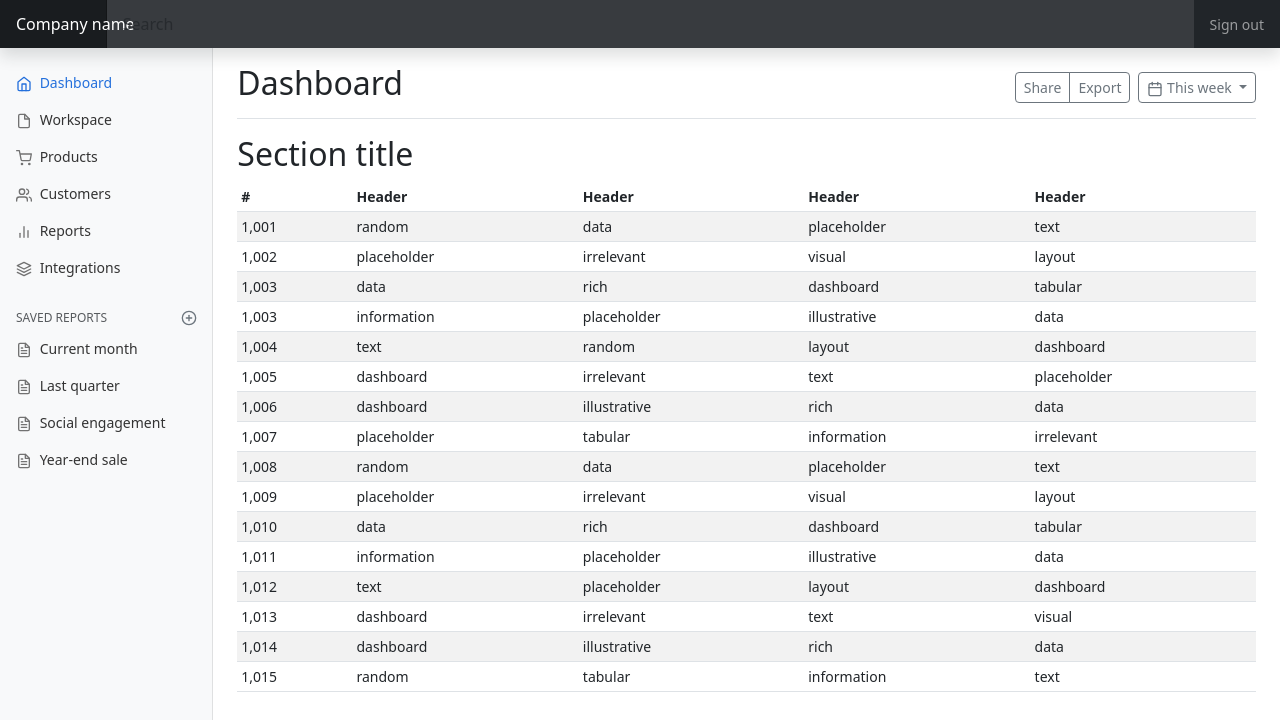
Repository: Git-it-right/Centrality
Page: dashboard/index.html
The author's editor kept a copy of each file at every save. The page is drawn from the files as they stood at one save, then again after the next save.
The browser window is 1280 px wide. The pictures show the whole page.

Above is the page before, as saved 2023-04-17 11:44:26.
Console error: TypeError: Cannot read properties of null (reading 'length')

### dashboard/index.html
<!DOCTYPE html>
<html lang="en">

<head>
  <meta charset="utf-8" />
  <meta name="viewport" content="width=device-width, initial-scale=1" />
  <meta name="description" content="" />
  <title>Dashboard</title>
  <link rel="canonical" href="https://getbootstrap.com/docs/5.3/examples/dashboard/" />
  <link href="../assets/dist/css/bootstrap.min.css" rel="stylesheet" />
  <style>
  </style>
  <!-- Custom styles for this template -->
  <link href="dashboard.css" rel="stylesheet" />
</head>

<body>
  <header class="navbar navbar-dark sticky-top bg-dark flex-md-nowrap p-0 shadow">
    <a class="navbar-brand col-md-1 col-lg-1 me-0 px-3 fs-6" href="#">Company name</a>
    <button class="navbar-toggler position-absolute d-md-none collapsed" type="button" data-bs-toggle="collapse"
      data-bs-target="#sidebarMenu" aria-controls="sidebarMenu" aria-expanded="false" aria-label="Toggle navigation">
      <span class="navbar-toggler-icon"></span>
    </button>
    <input class="form-control form-control-dark w-100 rounded-0 border-0" type="text" placeholder="Search"
      aria-label="Search" />
    <div class="navbar-nav">
      <div class="nav-item text-nowrap">
        <a class="nav-link px-3" href="#">Sign out</a>
      </div>
    </div>
  </header>
  <div class="container-fluid">
    <div class="row">
      <nav id="sidebarMenu" class="col-md-2 col-lg-2 d-md-block bg-light sidebar collapse">
        <div class="position-sticky pt-3 sidebar-sticky">
          <ul class="nav flex-column">
            <li class="nav-item">
              <a class="nav-link active" aria-current="page" href="home.php">
                <span data-feather="home" class="align-text-bottom"></span>
                Dashboard
              </a>
            </li>
            <li class="nav-item">
              <a class="nav-link" href="https://centralitypark.azurewebsites.net/dashboard/workspace.html">
                <span data-feather="file" class="align-text-bottom"></span>
                Workspace
              </a>
            </li>
            <li class="nav-item">
              <a class="nav-link" href="#">
                <span data-feather="shopping-cart" class="align-text-bottom"></span>
                Products
              </a>
            </li>
            <li class="nav-item">
              <a class="nav-link" href="#">
                <span data-feather="users" class="align-text-bottom"></span>
                Customers
              </a>
            </li>
            <li class="nav-item">
              <a class="nav-link" href="#">
                <span data-feather="bar-chart-2" class="align-text-bottom"></span>
                Reports
              </a>
            </li>
            <li class="nav-item">
              <a class="nav-link" href="#">
                <span data-feather="layers" class="align-text-bottom"></span>
                Integrations
              </a>
            </li>
          </ul>
          <h6
            class="sidebar-heading d-flex justify-content-between align-items-center px-3 mt-4 mb-1 text-muted text-uppercase">
            <span>Saved reports</span>
            <a class="link-secondary" href="#" aria-label="Add a new report">
              <span data-feather="plus-circle" class="align-text-bottom"></span>
            </a>
          </h6>
          <ul class="nav flex-column mb-2">
            <li class="nav-item">
              <a class="nav-link" href="#">
                <span data-feather="file-text" class="align-text-bottom"></span>
                Current month
              </a>
            </li>
            <li class="nav-item">
              <a class="nav-link" href="#">
                <span data-feather="file-text" class="align-text-bottom"></span>
                Last quarter
              </a>
            </li>
            <li class="nav-item">
              <a class="nav-link" href="#">
                <span data-feather="file-text" class="align-text-bottom"></span>
                Social engagement
              </a>
            </li>
            <li class="nav-item">
              <a class="nav-link" href="#">
                <span data-feather="file-text" class="align-text-bottom"></span>
                Year-end sale
              </a>
            </li>
          </ul>
        </div>
      </nav>
      <main class="col-md-9 ms-sm-auto col-lg-10 px-md-4">
        <div
          class="d-flex justify-content-between flex-wrap flex-md-nowrap align-items-center pt-3 pb-2 mb-3 border-bottom">
          <h1 class="h2">Dashboard</h1>
          <div class="btn-toolbar mb-2 mb-md-0">
            <div class="btn-group me-2">
              <button type="button" class="btn btn-sm btn-outline-secondary">
                Share
              </button>
              <button type="button" class="btn btn-sm btn-outline-secondary">
                Export
              </button>
            </div>
            <button type="button" class="btn btn-sm btn-outline-secondary dropdown-toggle">
              <span data-feather="calendar" class="align-text-bottom"></span>
              This week
            </button>
          </div>
        </div>
        <!-- <canvas class="my-4 w-100" id="myChart" width="900" height="380"></canvas> -->
        <h2>Section title</h2>
        <div class="table-responsive">
          <table class="table table-striped table-sm">
            <thead>
              <tr>
                <th scope="col">#</th>
                <th scope="col">Header</th>
                <th scope="col">Header</th>
                <th scope="col">Header</th>
                <th scope="col">Header</th>
              </tr>
            </thead>
            <tbody>
              <tr>
                <td>1,001</td>
                <td>random</td>
                <td>data</td>
                <td>placeholder</td>
                <td>text</td>
              </tr>
              <tr>
                <td>1,002</td>
                <td>placeholder</td>
                <td>irrelevant</td>
                <td>visual</td>
                <td>layout</td>
              </tr>
              <tr>
                <td>1,003</td>
                <td>data</td>
                <td>rich</td>
                <td>dashboard</td>
                <td>tabular</td>
              </tr>
              <tr>
                <td>1,003</td>
                <td>information</td>
                <td>placeholder</td>
                <td>illustrative</td>
                <td>data</td>
              </tr>
              <tr>
                <td>1,004</td>
                <td>text</td>
                <td>random</td>
                <td>layout</td>
                <td>dashboard</td>
              </tr>
              <tr>
                <td>1,005</td>
                <td>dashboard</td>
                <td>irrelevant</td>
                <td>text</td>
                <td>placeholder</td>
              </tr>
              <tr>
                <td>1,006</td>
                <td>dashboard</td>
                <td>illustrative</td>
                <td>rich</td>
                <td>data</td>
              </tr>
              <tr>
                <td>1,007</td>
                <td>placeholder</td>
                <td>tabular</td>
                <td>information</td>
                <td>irrelevant</td>
              </tr>
              <tr>
                <td>1,008</td>
                <td>random</td>
                <td>data</td>
                <td>placeholder</td>
                <td>text</td>
              </tr>
              <tr>
                <td>1,009</td>
                <td>placeholder</td>
                <td>irrelevant</td>
                <td>visual</td>
                <td>layout</td>
              </tr>
              <tr>
                <td>1,010</td>
                <td>data</td>
                <td>rich</td>
                <td>dashboard</td>
                <td>tabular</td>
              </tr>
              <tr>
                <td>1,011</td>
                <td>information</td>
                <td>placeholder</td>
                <td>illustrative</td>
                <td>data</td>
              </tr>
              <tr>
                <td>1,012</td>
                <td>text</td>
                <td>placeholder</td>
                <td>layout</td>
                <td>dashboard</td>
              </tr>
              <tr>
                <td>1,013</td>
                <td>dashboard</td>
                <td>irrelevant</td>
                <td>text</td>
                <td>visual</td>
              </tr>
              <tr>
                <td>1,014</td>
                <td>dashboard</td>
                <td>illustrative</td>
                <td>rich</td>
                <td>data</td>
              </tr>
              <tr>
                <td>1,015</td>
                <td>random</td>
                <td>tabular</td>
                <td>information</td>
                <td>text</td>
              </tr>
            </tbody>
          </table>
        </div>
      </main>
    </div>
  </div>
  <script src="../assets/dist/js/bootstrap.bundle.min.js"></script>
  <script src="https://cdn.jsdelivr.net/npm/feather-icons@4.28.0/dist/feather.min.js"
    integrity="sha384-uO3SXW5IuS1ZpFPKugNNWqTZRRglnUJK6UAZ/gxOX80nxEkN9NcGZTftn6RzhGWE"
    crossorigin="anonymous"></script>
  <script src="https://cdn.jsdelivr.net/npm/chart.js@2.9.4/dist/Chart.min.js"
    integrity="sha384-zNy6FEbO50N+Cg5wap8IKA4M/ZnLJgzc6w2NqACZaK0u0FXfOWRRJOnQtpZun8ha"
    crossorigin="anonymous"></script>
  <script src="dashboard.js"></script>
</body>

</html>

### dashboard/dashboard.css

.bd-placeholder-img {
  font-size: 1.125rem;
  text-anchor: middle;
  -webkit-user-select: none;
  -moz-user-select: none;
  user-select: none;
}

@media (min-width: 768px) {
  .bd-placeholder-img-lg {
      font-size: 3.5rem;
  }
}

.b-example-divider {
  height: 3rem;
  background-color: rgba(0, 0, 0, 0.1);
  border: solid rgba(0, 0, 0, 0.15);
  border-width: 1px 0;
  box-shadow: inset 0 0.5em 1.5em rgba(0, 0, 0, 0.1), inset 0 0.125em 0.5em rgba(0, 0, 0, 0.15);
}

.b-example-vr {
  flex-shrink: 0;
  width: 1.5rem;
  height: 100vh;
}

.bi {
  vertical-align: -0.125em;
  fill: currentColor;
}

.nav-scroller {
  position: relative;
  z-index: 2;
  height: 2.75rem;
  overflow-y: hidden;
}

  .nav-scroller .nav {
      display: flex;
      flex-wrap: nowrap;
      padding-bottom: 1rem;
      margin-top: -1px;
      overflow-x: auto;
      text-align: center;
      white-space: nowrap;
      -webkit-overflow-scrolling: touch;
  }

body {
  font-size: .875rem;
}

.feather {
  width: 16px;
  height: 16px;
}

/*
 * Sidebar
 */

.sidebar {
  position: fixed;
  top: 0;
  /* rtl:raw:
  right: 0;
  */
  bottom: 0;
  /* rtl:remove */
  left: 0;
  z-index: 100; /* Behind the navbar */
  padding: 48px 0 0; /* Height of navbar */
  box-shadow: inset -1px 0 0 rgba(0, 0, 0, .1);
}

@media (max-width: 767.98px) {
  .sidebar {
    top: 5rem;
  }
}

.sidebar-sticky {
  height: calc(100vh - 48px);
  overflow-x: hidden;
  overflow-y: auto; /* Scrollable contents if viewport is shorter than content. */
}

.sidebar .nav-link {
  font-weight: 500;
  color: #333;
}

.sidebar .nav-link .feather {
  margin-right: 4px;
  color: #727272;
}

.sidebar .nav-link.active {
  color: #2470dc;
}

.sidebar .nav-link:hover .feather,
.sidebar .nav-link.active .feather {
  color: inherit;
}

.sidebar-heading {
  font-size: .75rem;
}

/*
 * Navbar
 */

.navbar-brand {
  padding-top: .75rem;
  padding-bottom: .75rem;
  background-color: rgba(0, 0, 0, .25);
  box-shadow: inset -1px 0 0 rgba(0, 0, 0, .25);
}

.navbar .navbar-toggler {
  top: .25rem;
  right: 1rem;
}

.navbar .form-control {
  padding: .75rem 1rem;
}

.form-control-dark {
  color: #fff;
  background-color: rgba(255, 255, 255, .1);
  border-color: rgba(255, 255, 255, .1);
}

.form-control-dark:focus {
  border-color: transparent;
  box-shadow: 0 0 0 3px rgba(255, 255, 255, .25);
}

### dashboard/dashboard.js
/* globals Chart:false, feather:false */

(() => {
  "use strict";

  feather.replace({ "aria-hidden": "true" });

  // Graphs
  const ctx = document.getElementById("myChart");
  // eslint-disable-next-line no-unused-vars
  const myChart = new Chart(ctx, {
    type: "line",
    data: {
      labels: [
        "Sunday",
        "Monday",
        "Tuesday",
        "Wednesday",
        "Thursday",
        "Friday",
        "Saturday",
      ],
      datasets: [
        {
          data: [15339, 21345, 18483, 24003, 23489, 24092, 12034],
          lineTension: 0,
          backgroundColor: "transparent",
          borderColor: "#007bff",
          borderWidth: 4,
          pointBackgroundColor: "#007bff",
        },
      ],
    },
    options: {
      scales: {
        yAxes: [
          {
            ticks: {
              beginAtZero: false,
            },
          },
        ],
      },
      legend: {
        display: false,
      },
    },
  });
})();

Loaded but not shown: assets/dist/css/bootstrap.min.css (library); assets/dist/js/bootstrap.bundle.min.js (library)

After the next save:
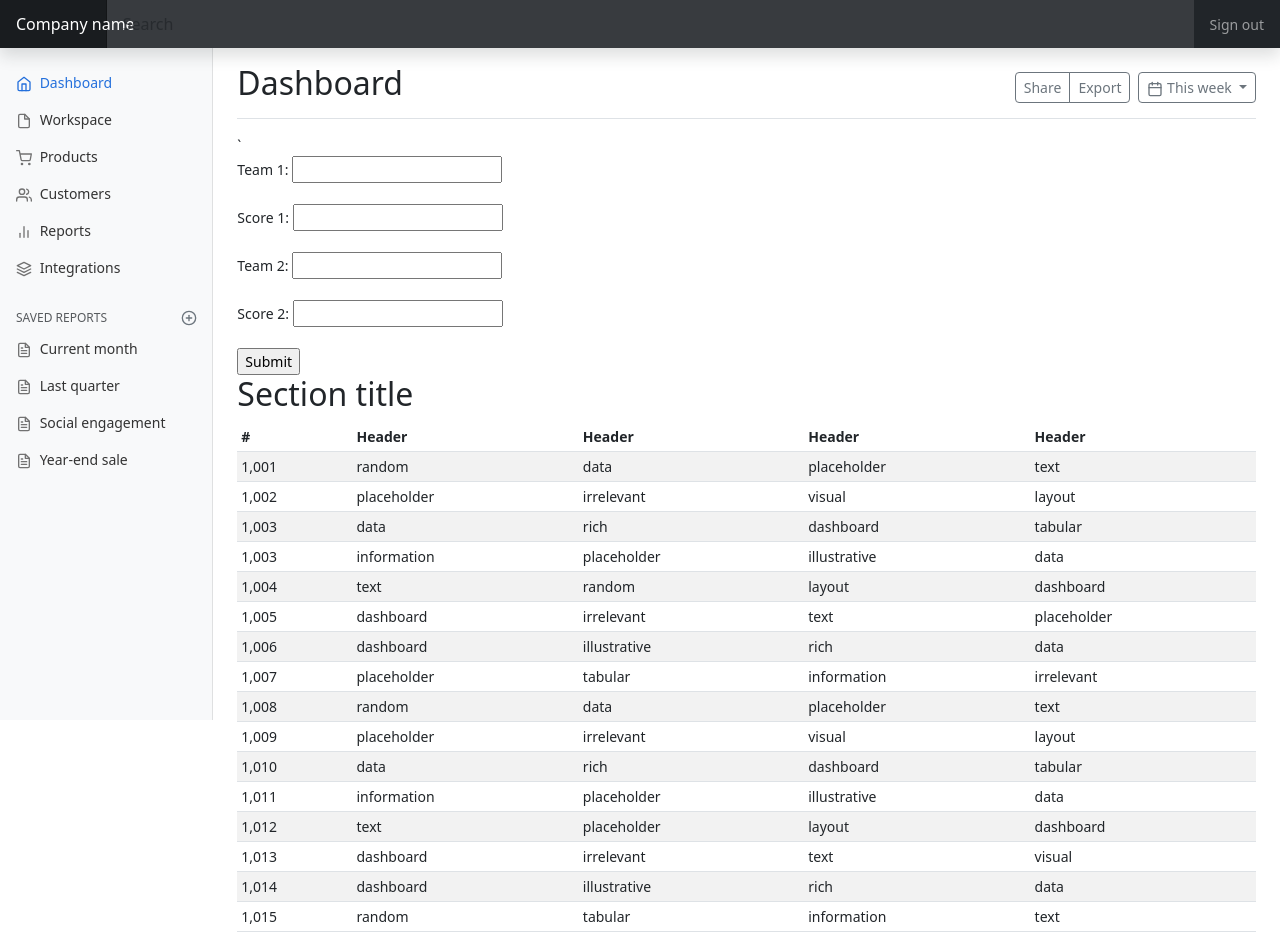
Saved 2 days later.
--- a/dashboard/index.html
+++ b/dashboard/index.html
@@ -124,7 +124,22 @@
               This week
             </button>
           </div>
-        </div>
+        </div>`
+        <form action="update_scores.php" method="POST">
+          <label for="team1">Team 1:</label>
+          <input type="text" id="team1" name="team1"><br><br>
+
+          <label for="score1">Score 1:</label>
+          <input type="number" id="score1" name="score1"><br><br>
+
+          <label for="team2">Team 2:</label>
+          <input type="text" id="team2" name="team2"><br><br>
+
+          <label for="score2">Score 2:</label>
+          <input type="number" id="score2" name="score2"><br><br>
+
+          <input type="submit" value="Submit">
+        </form>
         <!-- <canvas class="my-4 w-100" id="myChart" width="900" height="380"></canvas> -->
         <h2>Section title</h2>
         <div class="table-responsive">
